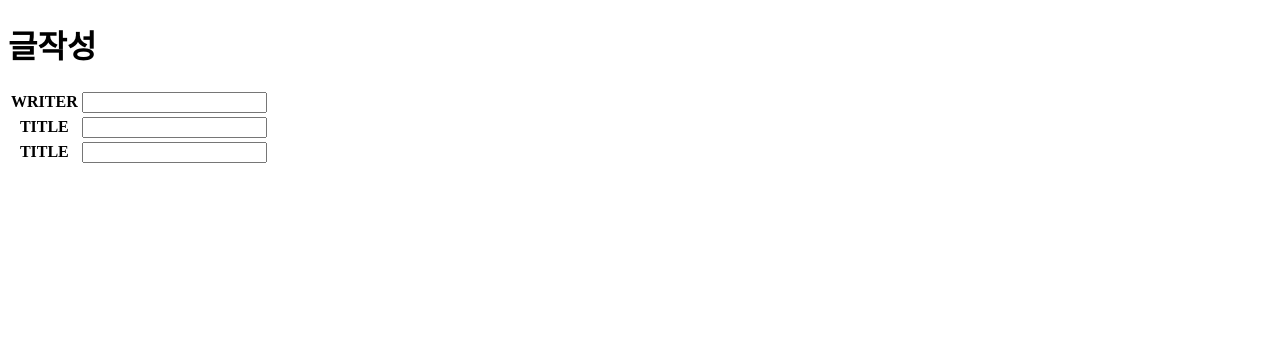
Repository: leedh909/Academy-web-
Page: http://localhost/Jsp03_MVC/boardinsert.jsp
These files come from the project's save history. The page is drawn as it stood at one moment and after the next save; the edit follows.
The browser window is 1280 px wide. The pictures show the whole page.
The page is served by Tomcat 9.

Above is the page before, as saved 2020-07-01 01:14:36.

After the next save:
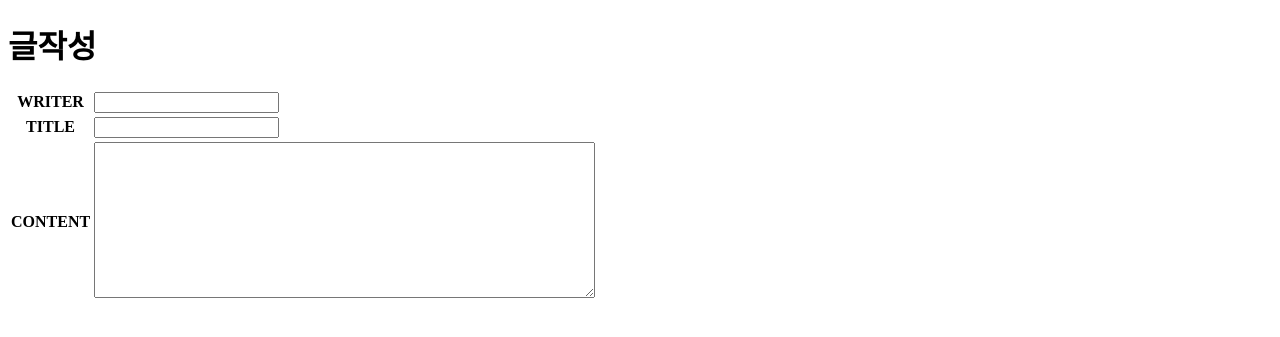
Saved 26 s later.
--- a/실습자료/eclipse-servlet/Jsp03_MVC/WebContent/boardinsert.jsp
+++ b/실습자료/eclipse-servlet/Jsp03_MVC/WebContent/boardinsert.jsp
@@ -23,8 +23,8 @@
 				<td><input type="text" name="title"></td>
 			</tr>
 			<tr>
-				<th>TITLE</th>
-				<td><input type="text" name="title"></td>
+				<th>CONTENT</th>
+				<td><textarea rows="10" cols="60" name="content"></textarea></td>
 			</tr>
 
 		</table>
